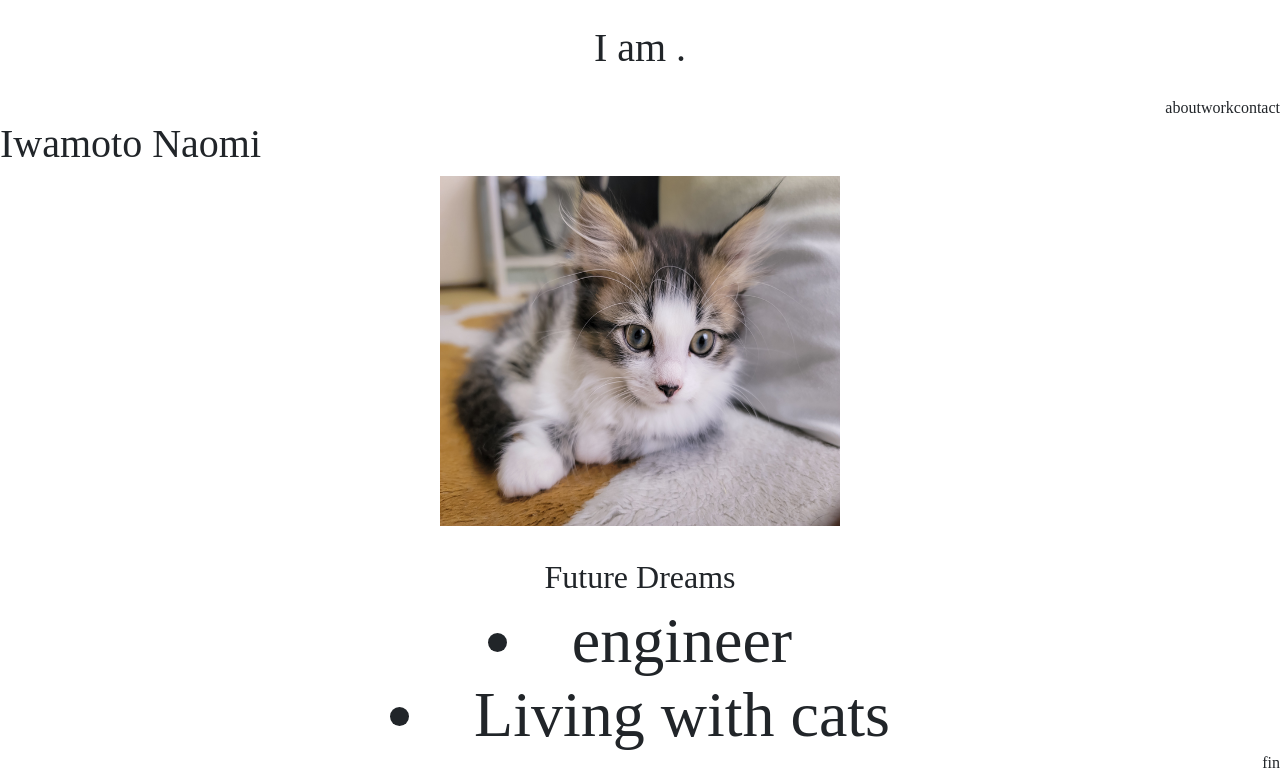
Repository: 7oooomi/portfolio-vercel-
Page: / (app in sample-app/)
An editor plug-in stored every save of this project. The page is shown before and after the next save, followed by the edit.
The browser window is 1280 px wide. The pictures show the whole page.
The project was rebuilt for these pictures with package versions that can differ from the ones it lists, and the page was loaded fresh each time. The framework's server and built-in components were replaced by stand-ins that run in the browser. Also part of the build but not shown: sample-app/next.config.js.

Above is the page before, as saved 2022-08-07 18:17:05.

### sample-app/pages/_app.js

import 'bootstrap/dist/css/bootstrap.min.css';
import '../styles/globals.css';
import Layout from './Layout';

function MyApp({ Component, pageProps }) {
  return (
    <Layout>
      <Component {...pageProps} />
    </Layout>
  );
}

export default MyApp

### sample-app/pages/index.js
import Image from 'next/image';
import styles from '../styles/Home.module.css';


export default function MyPage () {
    return (
        <div>
            <h1> Iwamoto Naomi </h1>
            <div className={styles.title}>
                <p >
                    <Image src='/cat.jpg' width={400} height={350} />
                </p>
                <div>
                  <h2>Future Dreams</h2>
                  <li>engineer</li>
                  <li>Living with cats</li>
                </div>
            </div>
        </div>
    )
}

### sample-app/styles/globals.css
html,
body {
  padding: 0;
  margin: 0;
  font-family: HiraMinProN-W3;
}

a {
  color: inherit;
  text-decoration: none;
}

### sample-app/pages/Layout.js
import Home from './components/Header';
import Footer from './components/Footer';


export default function Layout ({ children }) {
    return (
        <>
          <Home />
            <main>{children}</main>
          <Footer />
        </>
    );
}

### sample-app/styles/Home.module.css
.container {
  padding: 0 2rem;
}

.main {
  min-height: 100vh;
  padding: 4rem 0;
  flex: 1;
  display: flex;
  flex-direction: column;
  justify-content: center;
  align-items: center;
}

.footer {
  display: flex;
  padding: 20px;
  flex-wrap: wrap;
  border-top: 1px solid white;
  justify-content: center;
}

.footer a {
  display: flex;
  justify-content: center;
  align-items: center;
  flex-grow: 1;
}

.title a {
  color: #0070f3;
  text-decoration: none;
}

.title a:hover,
.title a:focus,
.title a:active {
  text-decoration: underline;
}

.title {
  margin: 0;
  line-height: 1.15;
  font-size: 4rem;
}

.title,
.description {
  text-align: center;
}

.description {
  margin: 4rem 0;
  line-height: 1.5;
  font-size: 1.5rem;
}

.code {
  background: #fafafa;
  border-radius: 5px;
  padding: 0.75rem;
  font-size: 1.1rem;
  font-family: Menlo, Monaco, Lucida Console, Liberation Mono, DejaVu Sans Mono,
    Bitstream Vera Sans Mono, Courier New, monospace;
}

.grid {
  display: flex;
  align-items: center;
  justify-content: center;
  flex-wrap: wrap;
  max-width: 800px;
}

.card {
  margin: 1rem;
  padding: 1.5rem;
  text-align: left;
  color: inherit;
  text-decoration: none;
  border: 1px solid #eaeaea;
  border-radius: 10px;
  transition: color 0.15s ease, border-color 0.15s ease;
  max-width: 300px;
}

.card:hover,
.card:focus,
.card:active {
  color: #0070f3;
  border-color: #0070f3;
}

.card h2 {
  margin: 0 0 1rem 0;
  font-size: 1.5rem;
}

.card p {
  margin: 0;
  font-size: 1.25rem;
  line-height: 1.5;
}

.logo {
  height: 1em;
  margin-left: 0.5rem;
}

@media (max-width: 600px) {
  .grid {
    width: 100%;
    flex-direction: column;
  }
}

@media (prefers-color-scheme: dark) {
  .card,
  .footer {
    border-color: #222;
  }
  .code {
    background: #111;
  }
  .logo img {
    filter: invert(1);
  }
}

### sample-app/pages/components/Header.js
import Head from 'next/head'
import Image from 'next/image'
import Nav from 'react-bootstrap/Nav';
import Link from 'next/link';

export default function Home() {
  return (
    <div>
      <Head>
        <title>I am.</title>
        <meta name="description" content="Generated by create next app" />
        <link rel="icon" href="/favicon.ico" />
      </Head>

      <main>
        <h1 className="text-center mt-4 mb-4">
          <Link href='/'>I am .</Link>
        </h1>
        <Nav className="justify-content-end">
          <Nav.Item>
            <Link href='/about'>
              <a>about</a>
            </Link>
          </Nav.Item>
          <Nav.Item>
            <Link href='/work'>
              <a>work</a>
            </Link>
          </Nav.Item>
          <Nav.Item>
            <Link href='/contact'>
              <a>contact</a>
            </Link>
          </Nav.Item>
        </Nav>
      </main>
    </div>
  )
}

### sample-app/pages/components/Footer.js
export default function Footer() {
    return (
        <div style={{textAlign: 'right'}}>fin</div>
    )
}

After the next save:
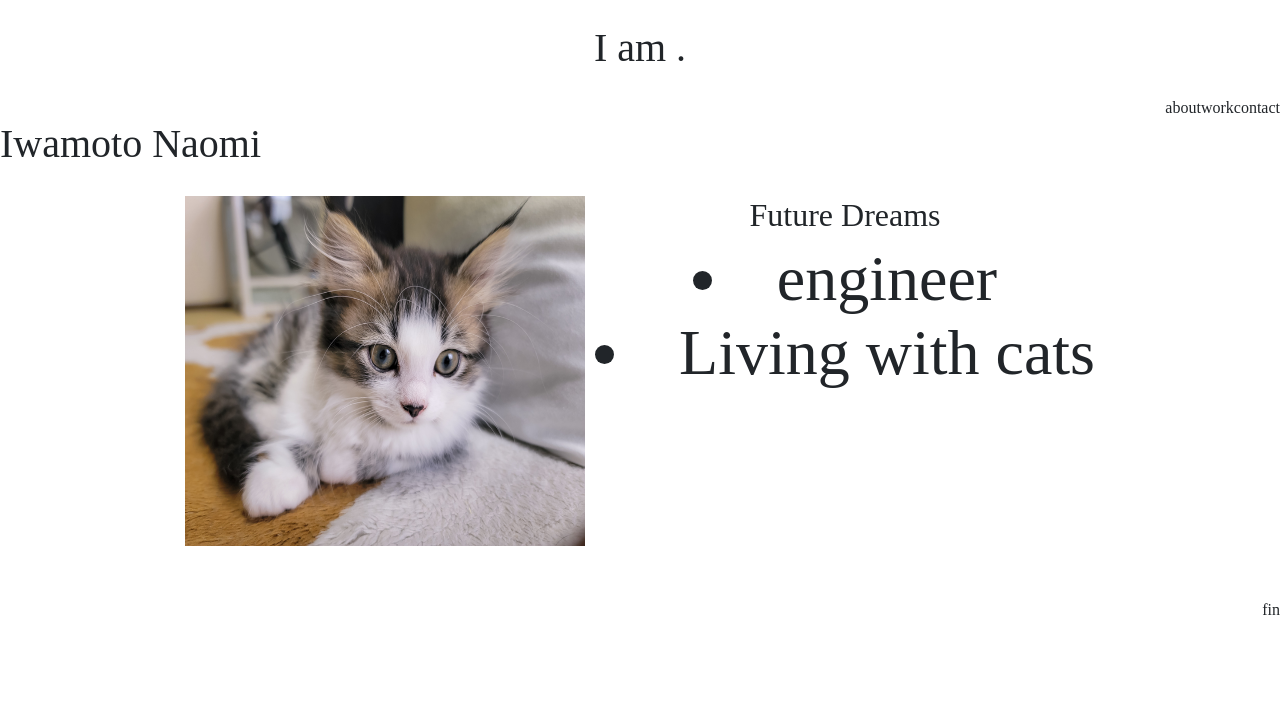
Saved 27 s later.
--- a/sample-app/styles/Home.module.css
+++ b/sample-app/styles/Home.module.css
@@ -1,5 +1,12 @@
 .container {
-  padding: 0 2rem;
+  border-style: solid;
+  border-color: #b50099;
+  font-size: x-large;
+  text-align: center;
+  width: 250px;
+  height: 180px;
+  padding: 10px;
+  margin: 10px;
 }
 
 .main {
@@ -27,9 +34,11 @@
   flex-grow: 1;
 }
 
-.title a {
-  color: #0070f3;
-  text-decoration: none;
+.title  {
+  display: flex;
+  padding: 20px;
+  justify-content: center;
+  gap:10px;
 }
 
 .title a:hover,
